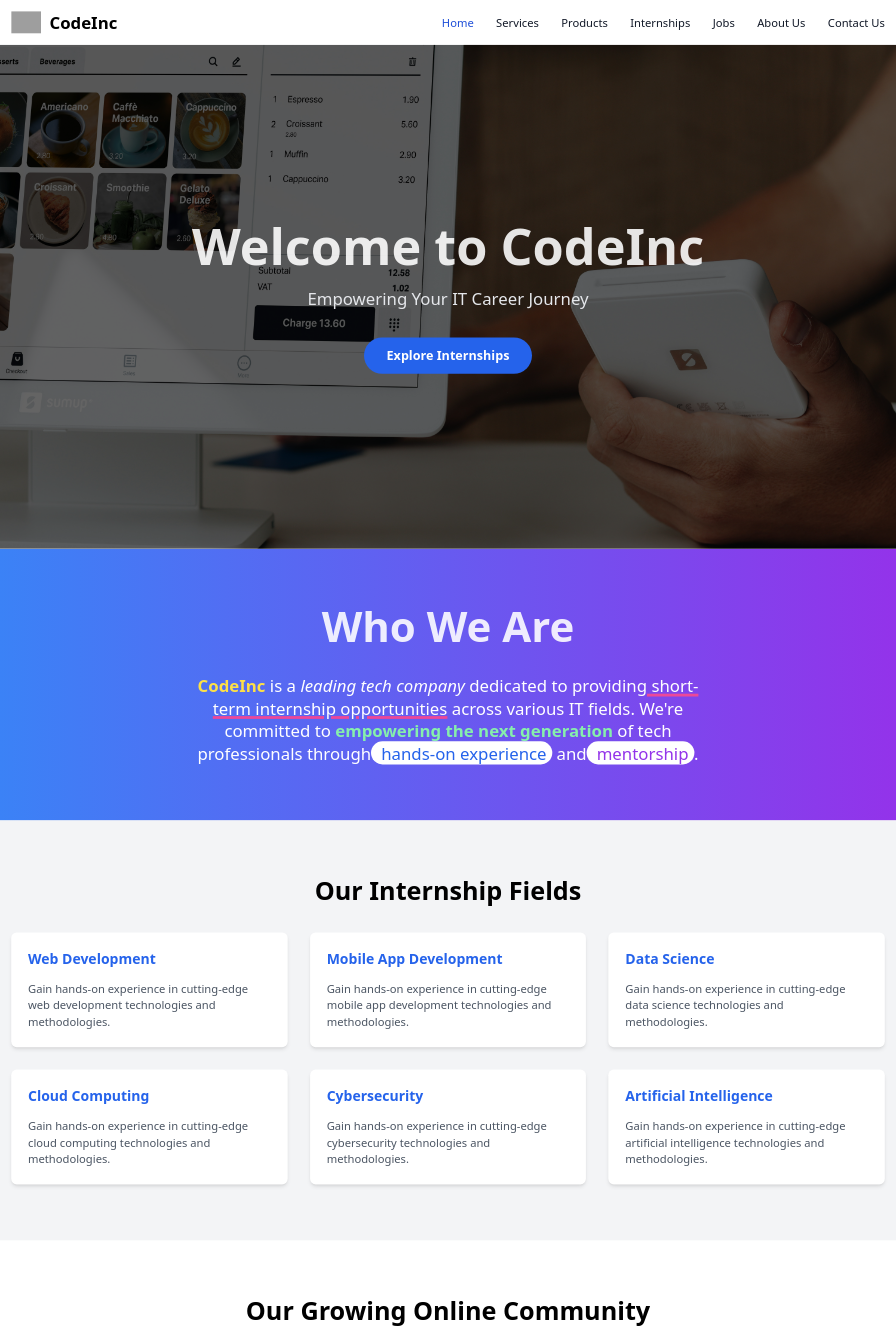
Repository: Charith117/CodeInc-Project
Page: / (app in frontend/)
These files come from the project's save history. The page is drawn as it stood at one moment and after the next save; the edit follows.
The browser window is 1280 px wide. The pictures show the part of the page from y = 0 to 1920 px (the page is 3574 px tall before and 3362 px after), at 70% of full size.
Pictures or frames that could not be fetched are drawn as grey boxes. The page's requests for data from a server got no answer. The project was rebuilt for these pictures with package versions that can differ from the ones it lists, and the page was loaded fresh each time. No one was signed in, and anything a server would have sent is missing. Also part of the build but not shown: frontend/vite.config.js, frontend/src/pages/Services.jsx, frontend/src/pages/Products.jsx, frontend/src/components/InternShipFieldCard.jsx, frontend/src/pages/Internships.jsx, frontend/src/pages/Jobs.jsx, frontend/src/pages/Verification.jsx, frontend/src/pages/AboutUs.jsx and 1 more.

Above is the page before, as saved 2024-09-15 16:34:49.

After the next save:
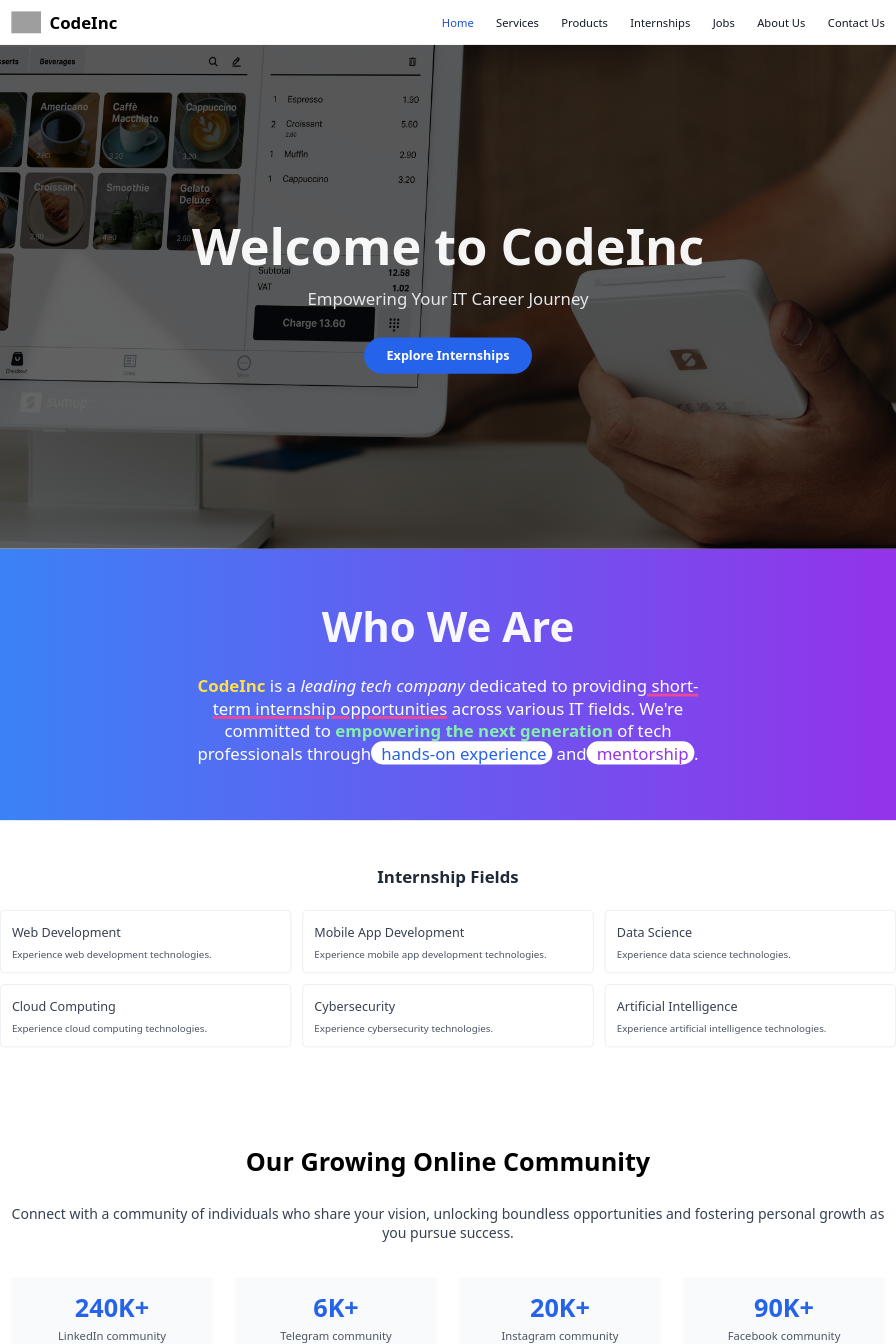
Saved 50 s later.
--- a/frontend/src/pages/Home.jsx
+++ b/frontend/src/pages/Home.jsx
@@ -78,14 +78,14 @@
       </section>
 
       {/* Internship Fields Section */}
-      <section className="py-20 bg-gray-100">
-        <div className="container px-4 mx-auto">
-          <h2 className="mb-10 text-3xl font-bold text-center md:text-4xl">Our Internship Fields</h2>
-          <div className="grid grid-cols-1 gap-8 md:grid-cols-3">
+      <section className="py-16 bg-white">
+        <div className="container mx-auto">
+          <h2 className="mb-8 text-2xl font-semibold text-center text-gray-800">Internship Fields</h2>
+          <div className="grid grid-cols-1 gap-4 sm:grid-cols-2 lg:grid-cols-3">
             {['Web Development', 'Mobile App Development', 'Data Science', 'Cloud Computing', 'Cybersecurity', 'Artificial Intelligence'].map((field, index) => (
-              <div key={index} className="p-6 transition duration-300 bg-white rounded-lg shadow-md hover:shadow-lg">
-                <h3 className="mb-4 text-xl font-semibold text-blue-600">{field}</h3>
-                <p className="text-gray-600">Gain hands-on experience in cutting-edge {field.toLowerCase()} technologies and methodologies.</p>
+              <div key={index} className="p-4 transition-colors duration-300 border border-gray-200 rounded-md hover:bg-gray-50">
+                <h3 className="mb-2 text-lg font-medium text-gray-700">{field}</h3>
+                <p className="text-sm text-gray-600">Experience {field.toLowerCase()} technologies.</p>
               </div>
             ))}
           </div>
